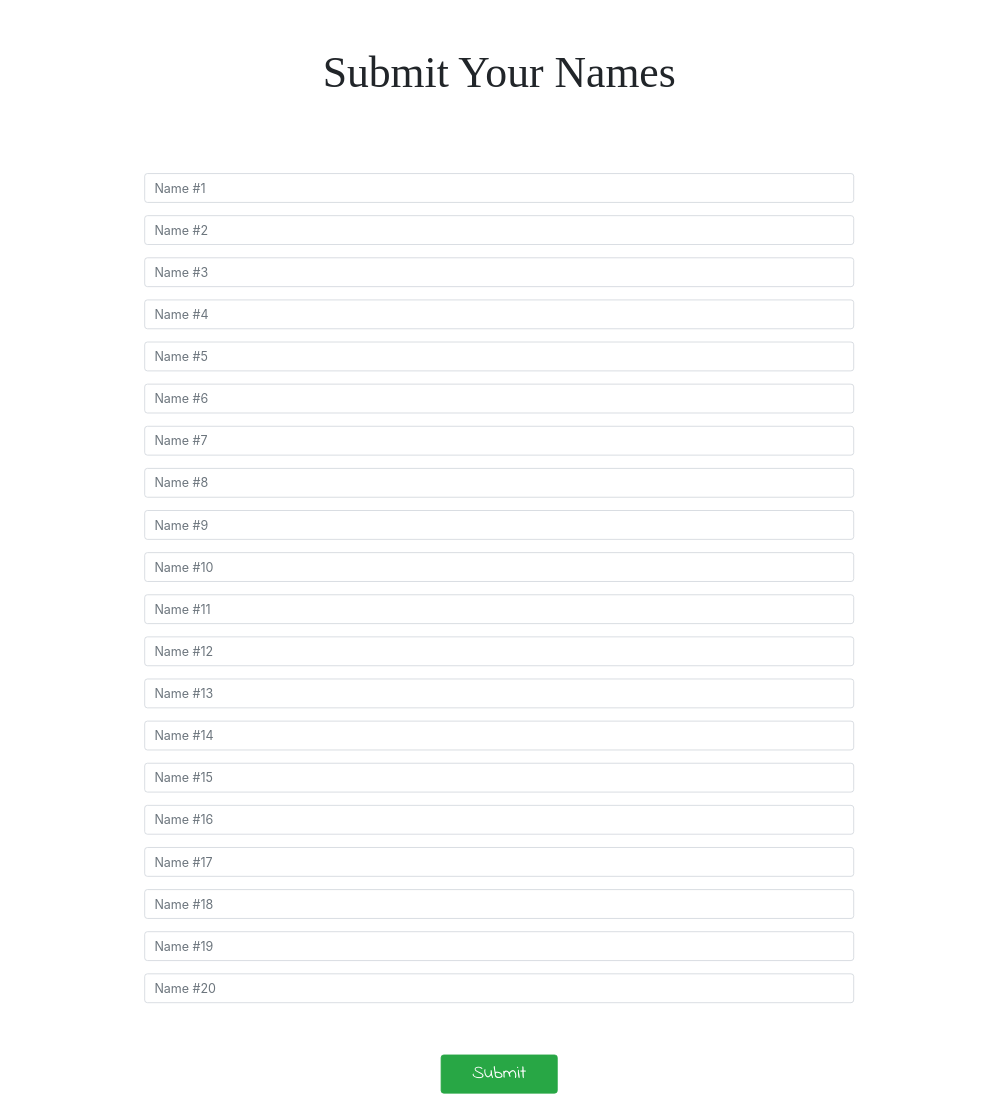
Repository: TaylorD1982/randomizer
Page: submit.html
The author's editor kept a record of every edit. The page is drawn from the files as they stood at one moment, then again after the next edit.
The browser window is 1280 px wide. The pictures show the whole page, at 78% of full size.
Some web fonts or font styles are not loaded; a fallback is used. Some web libraries are served in a nearby version.

Above is the page before.
Console error: ReferenceError: emailjs is not defined

After the next edit:
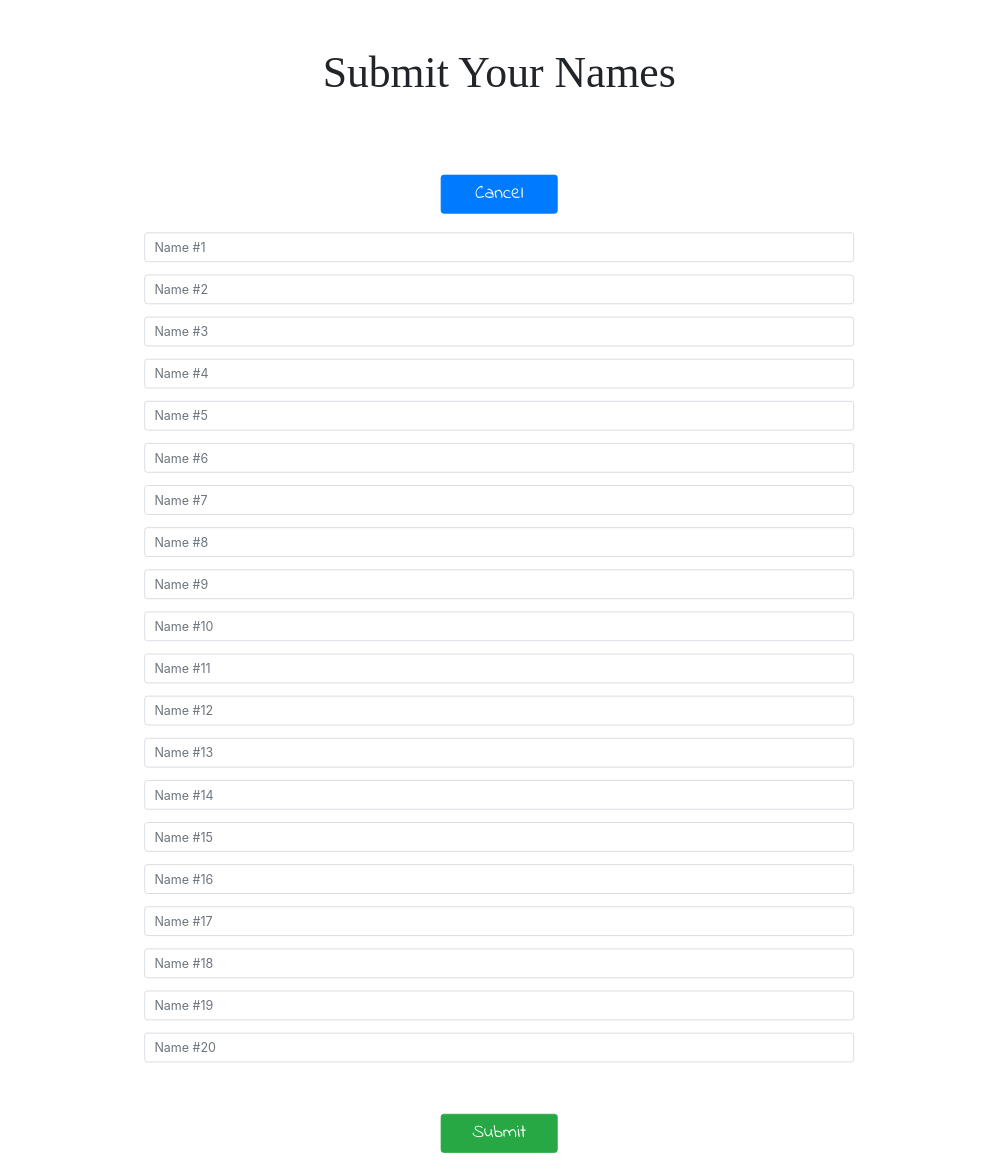
The edit:
--- a/submit.html
+++ b/submit.html
@@ -30,6 +30,9 @@
                     <P class="title">Submit Your Names</P>
                 </div>
                 <br>
+                <a href="submit.html" class="btn btn-primary">
+                      Cancel
+                </a>
                 <br>
                 <br>
                 <form onsubmit="return sendMail(this);">
